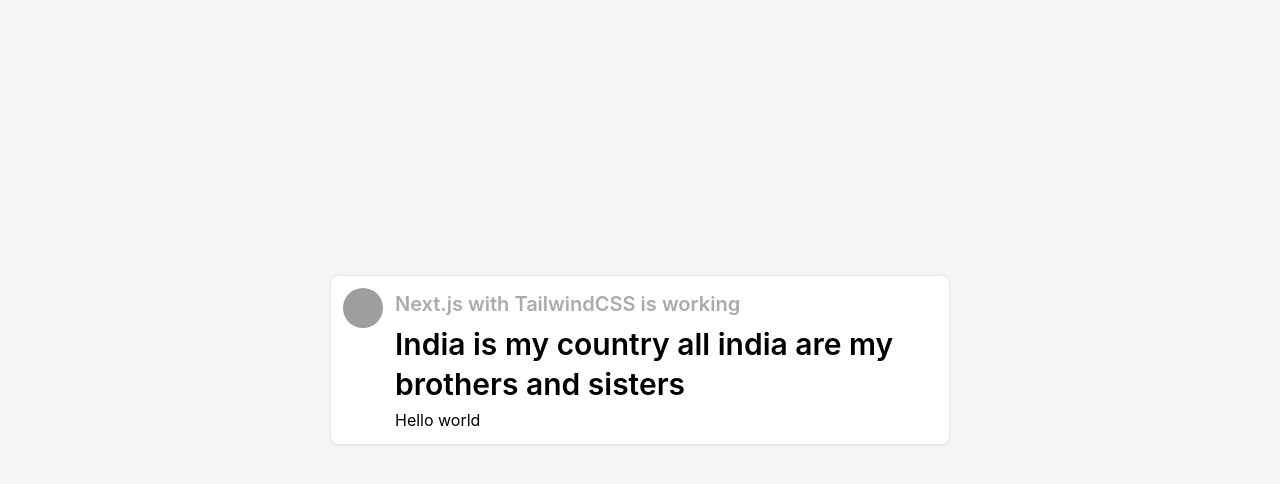
Repository: vignesh33654/resizablesidebar
Page: /
The author's editor kept a copy of each file at every save. The page is drawn from the files as they stood at one save, then again after the next save.
The browser window is 1280 px wide. The pictures show the whole page.
The project was rebuilt for these pictures with package versions that can differ from the ones it lists, and the page was loaded fresh each time.

Above is the page before, as saved 2025-11-11 10:44:45.

After the next save:
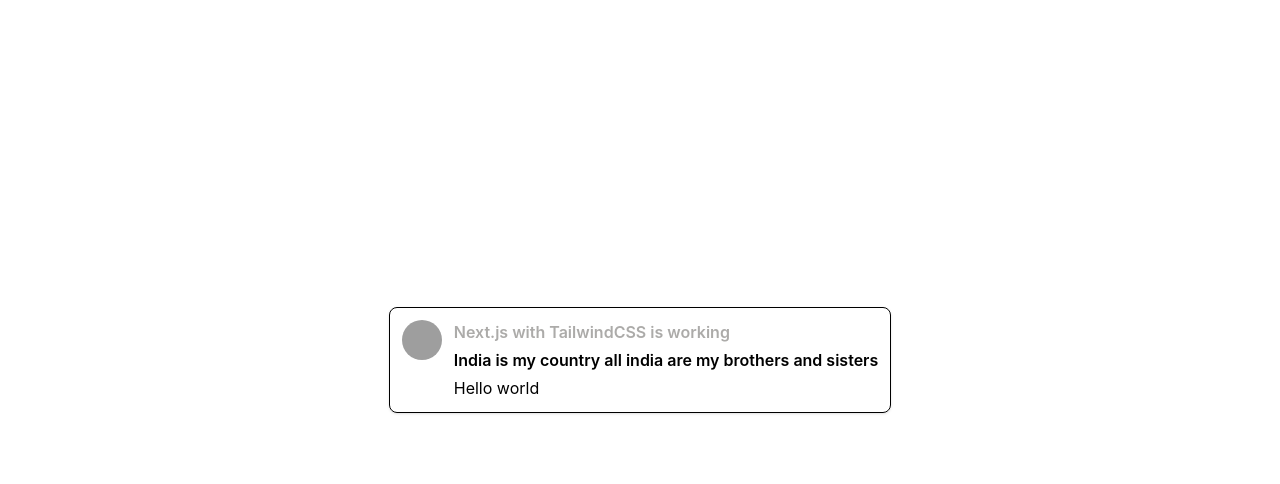
Saved 4 s later.
--- a/src/index.css
+++ b/src/index.css
@@ -6,43 +6,6 @@
   --color-text-Tertiary: #acaba9;
   --color-text-Disabled: #d5d5d4;
   --color-text-white: #ffffff;
-
-  /* Border Colors */
-  --color-border-Primary: #e6e6e6;
-
-  /* Background Colors */
-  --color-Bg-0: #ffffff;
-  --color-Bg-1: #f5f5f5;
-  --color-Bg-2: #f1f0f1;
-
-  /* Primitive Colors */
-  --color-color-primary: #0d99ff;
-  --color-color-success: #14ae5c;
-  --color-color-failure: #f24822;
-  --color-color-warning: #ffcd29;
-
-  /* Font Sizes */
-  --font-size-h1: 30px;
-  --font-size-h2: 24px;
-  --font-size-h3: 20px;
-  --font-size-body-16: 16px;
-  --font-size-body-14: 14px;
-  --font-size-body-13: 13px;
-  --font-size-small-12: 12px;
-  --font-size-small-11: 11px;
-  --font-size-small-10: 10px;
-
-  /* Line Heights */
-  --line-height-h1: 40px;
-  --line-height-h2: 32px;
-  --line-height-h3: 32px;
-  --line-height-body: 24px;
-  --line-height-small: 16px;
-
-  /* Shadows */
-  --shadow-sm: 0 1px 2px #0000000d;
-  --shadow-md: 0 4px 6px #0000001a;
-  --shadow-lg: 0 10px 15px #00000026;
 
 }
 
